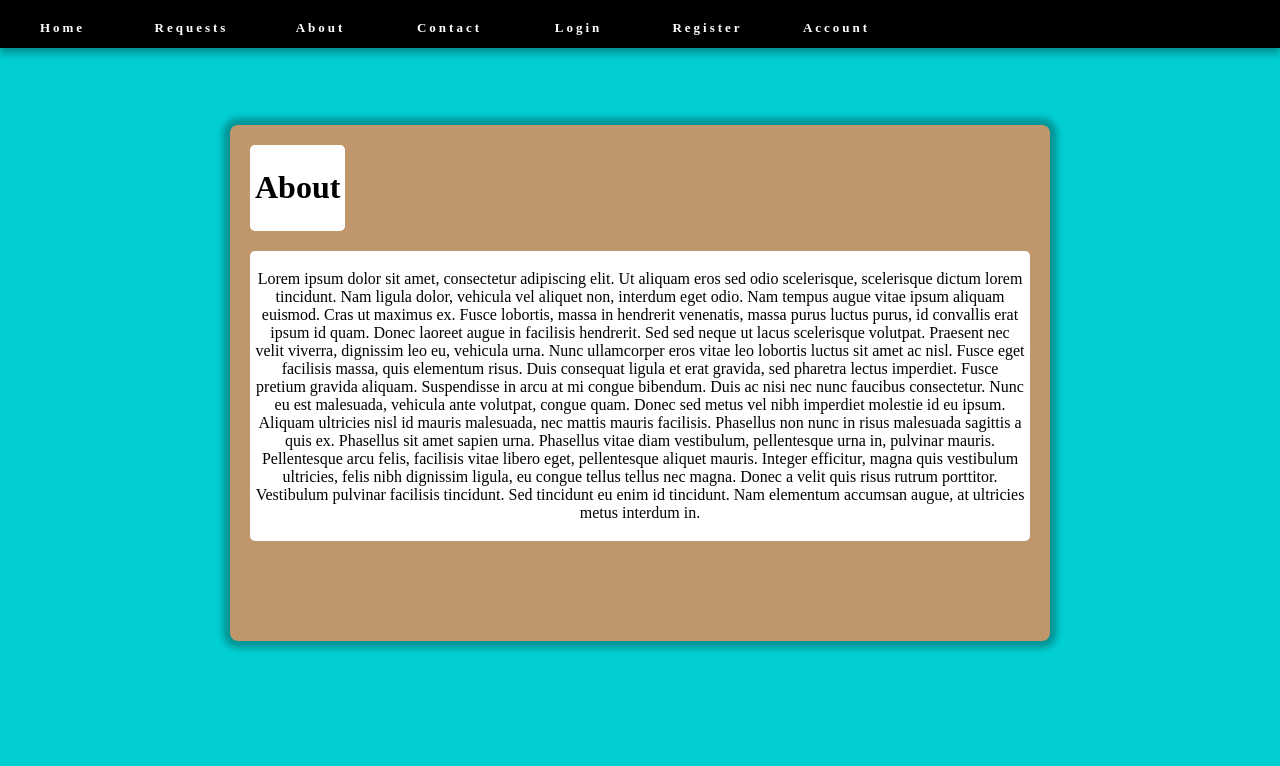
Repository: mailog/Tomorrow
Page: http://localhost/about
These files come from the project's save history. The page is drawn as it stood at one moment and after the next save; the edit follows.
The browser window is 1280 px wide. The pictures show the whole page.
The page is this project's Thymeleaf template; nobody is signed in. The template is opened directly, without the code that normally fills it, so the values that code supplies are empty.

Above is the page before, as saved 2017-07-30 06:15:12.

After the next save:
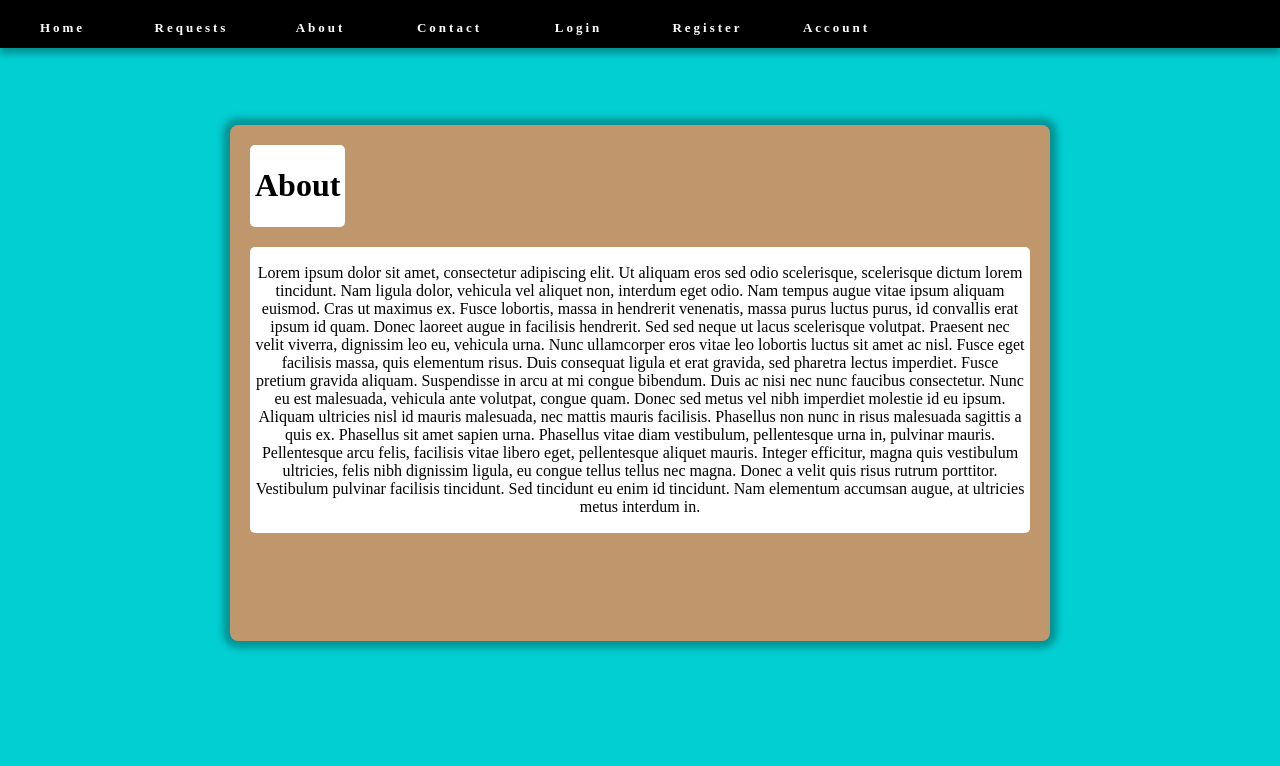
Saved 8 s later.
--- a/Tomorrow/src/main/resources/static/css/about.css
+++ b/Tomorrow/src/main/resources/static/css/about.css
@@ -23,5 +23,5 @@
 	background-color:white;
 	color:black;
 	margin: 10px;
-	padding: 3px 5px 3px 5px;
+	padding: 1px 5px 1px 5px;
 }
